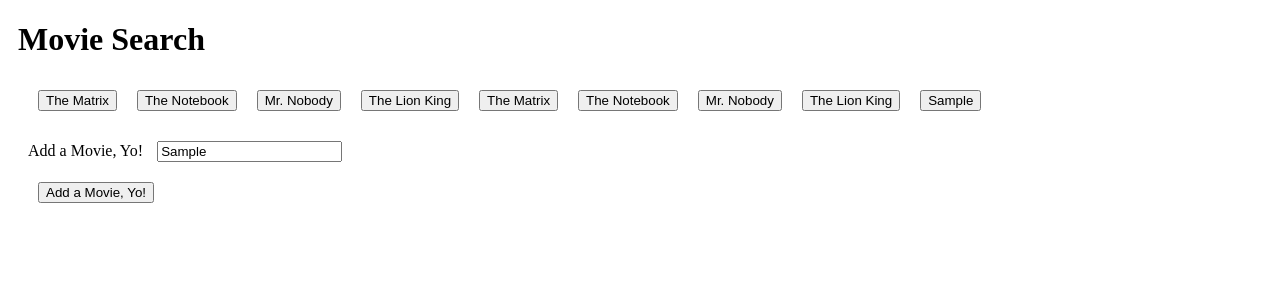
Repository: pnguyen6910/movieapp
Page: movie-button-layout-harder.html
These files come from the project's save history. The page is drawn as it stood at one moment and after the next save; the edit follows.
The browser window is 1280 px wide. The pictures show the whole page.
Empty fields were first filled with sample values (such as "Sample", 5 or name@example.com).
After loading, the first visible `#add-movie` was clicked once.
Some web libraries are served in a nearby version.

Above is the page before, as saved 2020-12-08 21:01:18.

After the next save:
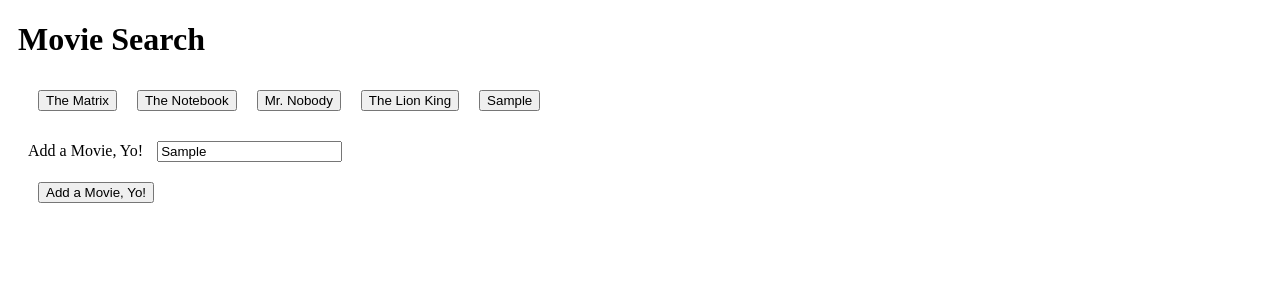
Saved 11 s later.
--- a/movie-button-layout-harder.html
+++ b/movie-button-layout-harder.html
@@ -39,7 +39,7 @@
 
   // Function for displaying movie data
   function renderButtons() {
-    buttonsView.empty
+    buttonsView.empty()
     for (var i = 0; i < movies.length; i++){
     var button = $("<button>").text(movies[i])
       buttonsView.append(button)
